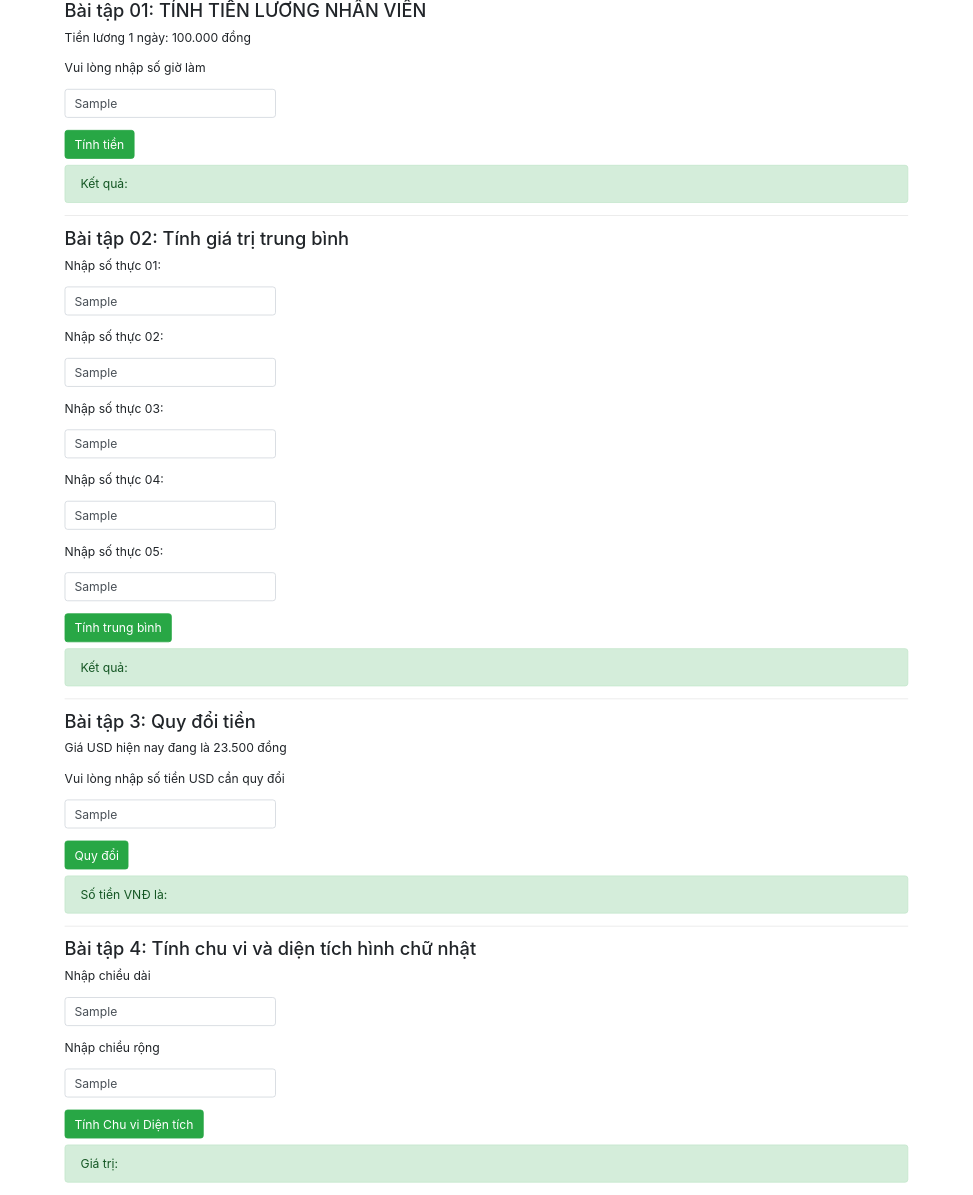
Repository: ducdatit2002/javascript-tinh-day13
Page: index.html
The author's editor kept a copy of each file at every save. The page is drawn from the files as they stood at one save, then again after the next save.
The browser window is 1280 px wide. The pictures show the whole page, at 76% of full size.
Empty fields were first filled with sample values (such as "Sample", 5 or name@example.com).
After loading, the first visible `#btnCVDT` was clicked once.

Above is the page before, as saved 2023-08-14 00:44:34.
Console error: SyntaxError: Unexpected token '}'

After the next save:
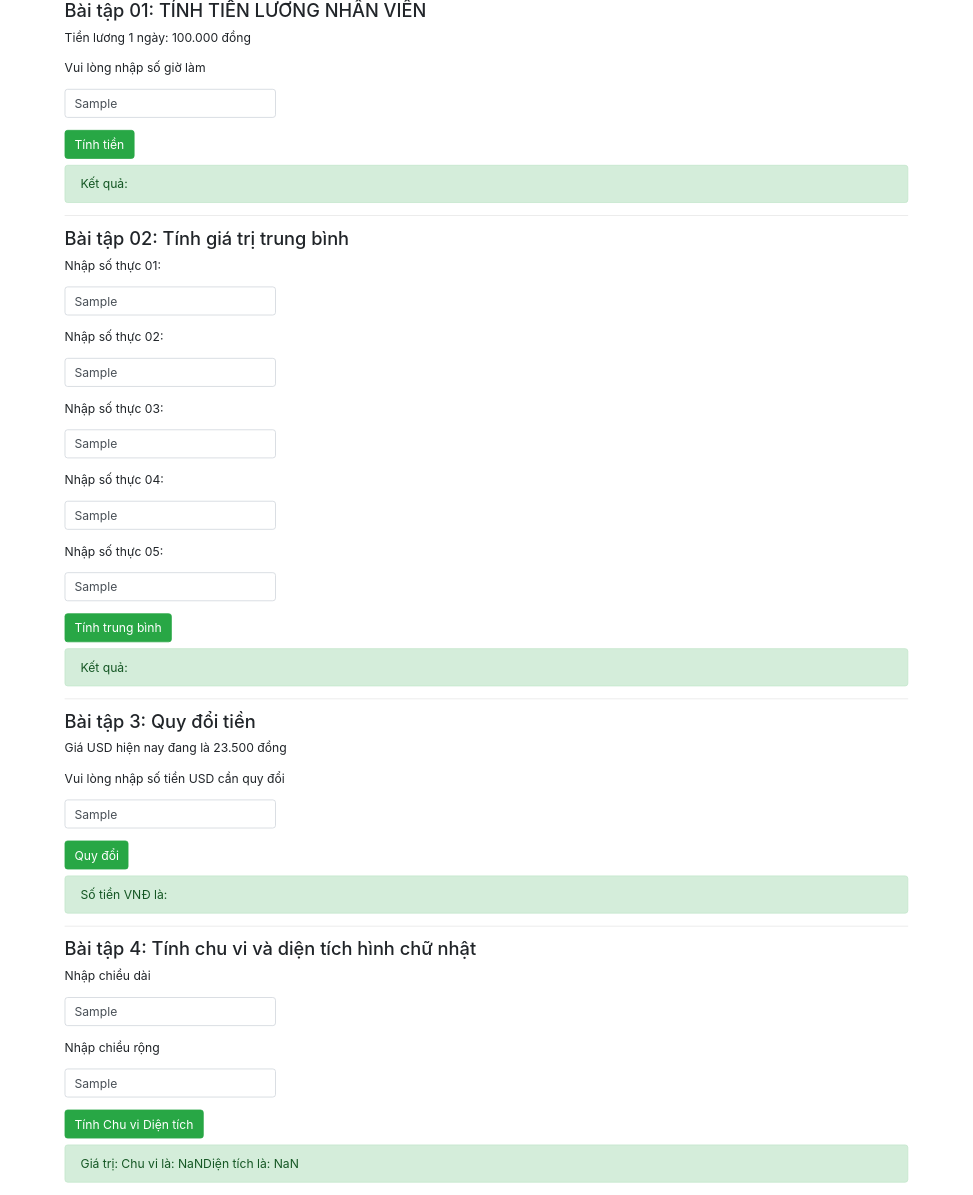
The error is gone.
Saved 8 s later.
--- a/index.js
+++ b/index.js
@@ -59,5 +59,5 @@ function tinhChuviDientich() {
 
     thongBao = "Chu vi là: " + chuVi + "Diện tích là: " + dienTich;
 
-    document.getElementById("ChuviDientich").innerHTML =
+    document.getElementById("ChuviDientich").innerHTML = thongBao;
 }
